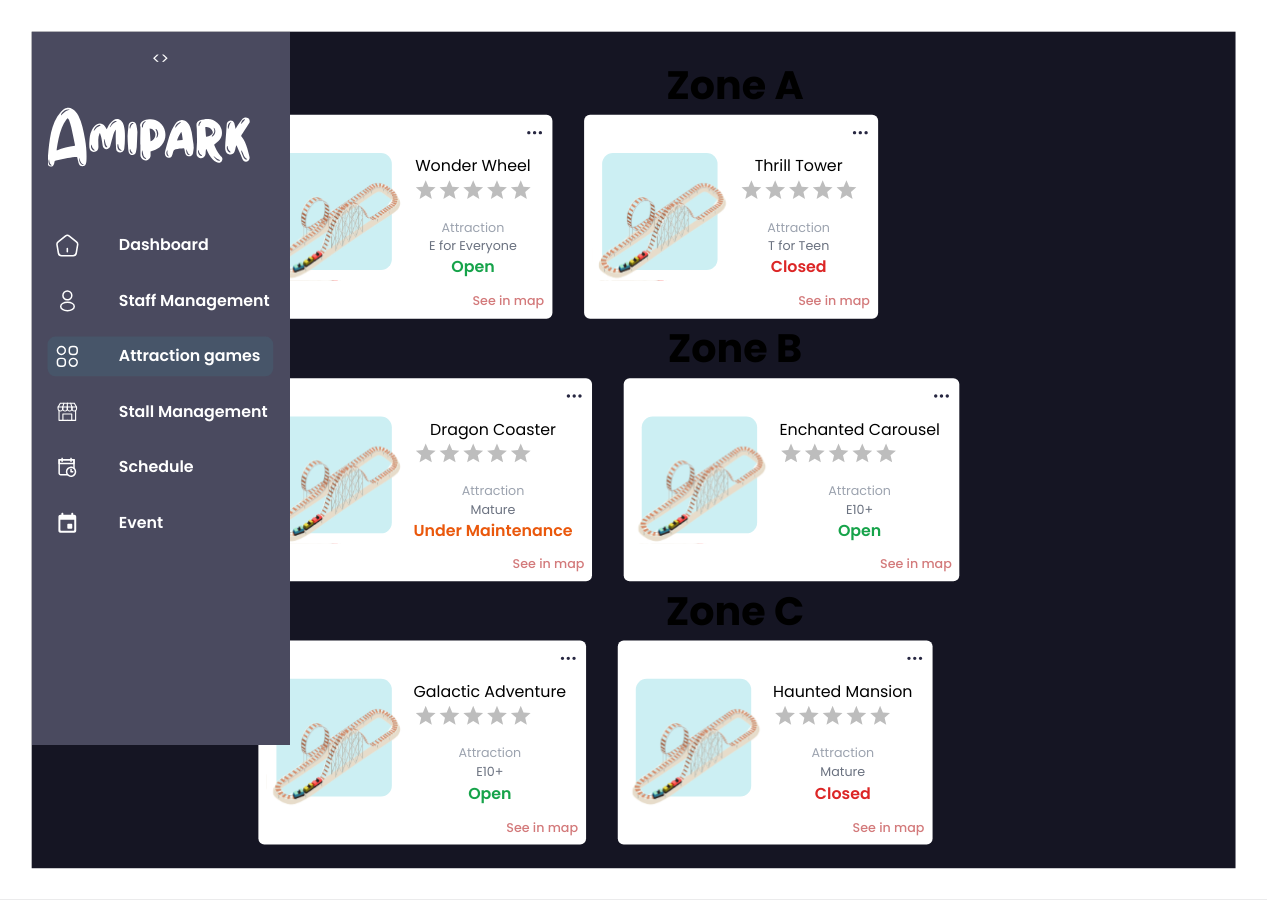
Repository: ImedBousakhria/BDD_AmusementPark_Management-Info
Page: /Attraction (app in client/)
These files come from the project's save history. The page is drawn as it stood at one moment and after the next save; the edit follows.
The browser window is 1280 px wide. The pictures show the whole page, at 99% of full size.
The project was rebuilt for these pictures with package versions that can differ from the ones it lists, and the page was loaded fresh each time. Also part of the build but not shown: client/vite.config.js, client/src/SignIn.jsx, client/src/Signup.jsx, client/src/LandingPage.jsx, client/src/components/Selector.jsx, client/src/Schedule.jsx, client/src/components/charts/AttendanceBars.jsx, client/src/components/charts/AttractionBars.jsx and 9 more.

Above is the page before, as saved 2024-01-10 14:40:53.

### client/src/App.jsx
import React from "react";
import ReactDOM from "react-dom/client";
import { createRoot } from "react-dom/client";

import { BrowserRouter, Routes, Route } from "react-router-dom";

import SignIn from "./SignIn.jsx";
import SignUp from "./Signup.jsx";
import "./index.css";
import LandingPage from "./LandingPage.jsx";
import Schedule from "./Schedule.jsx";
import Dashboard from "./Dashboard.jsx";
import HomeLayout from "./components/super/HomeLayout.jsx";
import Attractions from "./Attractions.jsx";
import Event from "./Event.jsx";
import Stall from "./Stall.jsx";
import Staff from "./Staff.jsx";

const App = () => {
  return (
    <BrowserRouter>
      <Routes>
        <Route path={"/"} element={<LandingPage />} />

        <Route path={"/Signup"} element={<SignUp />} />
        <Route path={"/Signin"} element={<SignIn />} />
        <Route
          path={"/Schedule"}
          element={<HomeLayout pageComponent={<Schedule />} />}
        />
        <Route
          path={"/Home"}
          element={<HomeLayout pageComponent={<Dashboard />} />}
        />
        <Route
          path={"/Attraction"}
          element={<HomeLayout pageComponent={<Attractions />} />}
        />
        <Route
          path={"/Event"}
          element={<HomeLayout pageComponent={<Event />} />}
        />
        <Route
          path={"/Stall"}
          element={<HomeLayout pageComponent={<Stall />} />}
        />
        <Route
          path={"/Staff"}
          element={<HomeLayout pageComponent={<Staff />} />}
        />
      </Routes>
    </BrowserRouter>
  );
};

export default App;

const root = createRoot(document.getElementById("root"));
root.render(<App />);

### client/src/index.css
@import url("https://fonts.googleapis.com/css2?family=Poppins:wght@100;300;400;500;600;700&display=swap");

@tailwind base;
@tailwind components;
@tailwind utilities;

@layer base {
  a {
    @apply cursor-pointer;
  }
  h1 {
    @apply text-[50px] font-bold;
  }
  h2 {
    @apply text-[2.5rem] font-bold;
  }
  p {
  }
  h3 {
  }
  h4 {
    @apply text-[1rem] font-semibold;
  }
  textarea {
  }
  input {
  }
  select {
  }
}

* {
  font-family: "Poppins", sans-serif;
  box-sizing: border-box;
  padding: 0;
  margin: 0;
}

.bg-grad {
  background: linear-gradient(180deg, transparent 0%, #272741 80%);
}

.VerticalAppointment-content {
  width: max-content;
  color: "#333" !important ;
}
.Appointment-appointment {
  color: "#333" !important ;
}

.MainLayout-stickyElement {
  color: "#fff" !important;
}

.css-1675apn-MuiTableCell-root .Cell-highlightedText {
}


.nav-item::after {
  content: "";
  display: block;
  width: 0;
  height: 2px;
  margin-top: 2px;
  background-color: rgb(102, 209, 243);
  transition: width 0.3s;
}

.nav-item:hover::after {
  width: 100%;
}

.VerticalAppointment-title, .VerticalAppointment-textContainer {
  @apply text-gray-400 font-light
}

### client/src/components/super/HomeLayout.jsx
import React, { useState } from "react";
import SideBar from "./SideBar";

const HomeLayout = ({ pageComponent }) => {
  const [isSidebarOpen, setIsSidebarOpen] = useState(true);

  return (
    <div className=" flex bg-darkBG">
      <div
        className={` transition-all duration-300 ${
          isSidebarOpen ? " basis-[17%] " : " basis-[9%]"
        } `}
      >
        <SideBar
          isSidebarOpen={isSidebarOpen}
          setIsSidebarOpen={setIsSidebarOpen}
        />
      </div>

      <div
        className={` ${
          isSidebarOpen ? " basis-[80%] " : " basis-[80%]"
        } h-full w-full m-6 `}
      >
        {pageComponent}
      </div>
    </div>
  );
};

export default HomeLayout;

### client/src/Attractions.jsx
import React from "react";
import StaffList from "./components/StaffList";
import { zones } from "./consts";
import GameCard from "./components/GameCard";

const Attractions = () => {
  return (
    <div className="flex min-h-screen">
      <div className=" w-full">
        {zones.map((zone, zoneIndex) => (
          <div key={zoneIndex} className="">
            <h2>{zone.title}</h2>
            <div className="flex gap-[2rem]">
              {zone.games.map((game, gameIndex) => (
                <GameCard attraction={game} />
              ))}
            </div>
          </div>
        ))}
      </div>

      {/* <div className="basis-[60%]">
        <StaffList />
      </div> */}
    </div>
  );
};

export default Attractions;

### client/src/components/GameCard.jsx
import React, { useState } from "react";
import game from "../assets/icons/game.svg";
import moredots from "../assets/icons/moredots.svg";
import Rating from "@material-ui/lab/Rating";

const GameCard = ({ attraction }) => {
  return (
    <div className="flex flex-col bg-white h-max rounded-md p-2">
      <img
        src={moredots}
        className=" w-5 place-self-end cursor-pointer hover:opacity-60"
        alt=""
      />
      <div className="flex w-full">
        <img src={game} alt="" />
        <Details
          title={attraction.title}
          genre={"Attraction"}
          age={attraction.ageRating}
          currentStatus={attraction.status}
        />
      </div>
      <small className=" text-customPink font-medium cursor-pointer place-self-end">
        See in map
      </small>
    </div>
  );
};

export default GameCard;

const Details = ({ title, userType, genre, age, currentStatus }) => {
  const [value, setValue] = useState(0);

  let statusColorClass = "";

  switch (currentStatus) {
    case "Open":
      statusColorClass = "text-green-600";
      break;
    case "Closed":
      statusColorClass = "text-red-600";
      break;
    case "Under Maintenance":
      statusColorClass = "text-orange-600";
      break;
    default:
      statusColorClass = "";
  }

  return (
    <div className="flex flex-col p-3">
      <h3
        className=" overflow-hidden" /* "overflow-hidden max-w-[100px] truncate" */
      >
        {title}
      </h3>
      <Rating
        name="simple-controlled"
        value={value}
        readOnly={userType}
        onChange={(event, newValue) => {
          setValue(newValue);
        }}
      />
      <small className=" text-gray-400 mt-4">{genre}</small>
      <small className=" text-gray-500">{age}</small>
      <p className={` ${statusColorClass} font-semibold`}>{currentStatus}</p>
    </div>
  );
};

### client/src/components/super/SideBar.jsx
import React, { useState } from "react";
import logo from "../../assets/icons/logo.svg";
import game from "../../assets/nav icons/attractions.svg";
import dashboard from "../../assets/nav icons/dashboard.svg";
import event from "../../assets/nav icons/event.svg";
import schedule from "../../assets/nav icons/schedule.svg";
import staff from "../../assets/nav icons/staff.svg";
import stall from "../../assets/nav icons/stall.svg";
import { Link, useLocation } from "react-router-dom";
import { motion } from "framer-motion";

const SideBar = ({ isSidebarOpen, setIsSidebarOpen }) => {
  const location = useLocation();
  const sidebarVariants = {
    open: { width: "260px" }, // Width while SideBar's open
    closed: { width: "70px" }, // Closed
  };

  const sidebarTransition = {
    type: "tween",
    duration: 0.3,
  };

  const toggleSidebar = (state) => {
    state === "on" ? setIsSidebarOpen(true) : setIsSidebarOpen(false);
  };

  return (
    <motion.div
      variants={sidebarVariants}
      initial="open"
      transition={sidebarTransition}
      animate={isSidebarOpen ? "open" : "closed"}
      className={`fixed h-screen bg-lightBG text-white p-4 flex flex-col `}
    >
      <div>
        <div className=" flex flex-col gap-[2rem]">
          <h3
            className="cursor-pointer"
            onClick={() => setIsSidebarOpen(!isSidebarOpen)}
          >
            {"<>"}
          </h3>
          <img
            src={logo}
            alt="Your Logo"
            className={`transition-transform origin-left duration-300      ${
              isSidebarOpen ? " scale-90" : ""
            }

            } `}
          />
        </div>
      </div>
      <div className="mt-10">
        <ul className="">
          <SidebarButton
            barState={isSidebarOpen}
            to="/home"
            icon={dashboard}
            text="Dashboard"
            currentPath={location.pathname}
            onClick={() => toggleSidebar("on")}
          />
          <SidebarButton
            barState={isSidebarOpen}
            to="/Staff"
            icon={staff}
            text="Staff Management"
            currentPath={location.pathname}
            onClick={() => toggleSidebar("on")}
          />
          <SidebarButton
            barState={isSidebarOpen}
            to="/Attraction"
            icon={game}
            text="Attraction games"
            currentPath={location.pathname}
            onClick={() => toggleSidebar("on")}
          />
          <SidebarButton
            barState={isSidebarOpen}
            to="/Stall"
            icon={stall}
            text="Stall Management"
            currentPath={location.pathname}
            onClick={() => toggleSidebar("on")}
          />

          <SidebarButton
            barState={isSidebarOpen}
            to={"/schedule"}
            icon={schedule}
            text="Schedule"
            currentPath={location.pathname}
            /* onClick={() => {
              toggleSidebar("on");
              toggleDropDown();
            }} */
            /* "Remove Token from Local Storage"); */
          />
          <SidebarButton
            barState={isSidebarOpen}
            to="/Event"
            icon={event}
            text="Event"
            currentPath={location.pathname}
            onClick={() => toggleSidebar("on")}
          />
        </ul>
      </div>
    </motion.div>
  );
};

function SidebarButton({ to, icon, text, currentPath, onClick, barState }) {
  const isCurrent = to === currentPath;

  return (
    <li onClick={onClick}>
      <Link
        to={to}
        className={`flex items-center p-2 rounded-lg transition-colors  my-4 flex-shrink-0 ${
          isCurrent ? " bg-slate-600" : " hover:bg-slate-800 "
        }
          `}
      >
        {/* <i className={`${icon} text-xl mr-2`} /> */}
        <img
          src={icon}
          className={` ${barState ? "  " : "  "} h-6 w-6 mr-10`}
          alt="notification"
        />

        <span
          className={`    transition-transform origin-left duration-300      ${
            barState ? "scale-100" : "scale-0"
          }
          min-w-max font-semibold monstserrat text-white `}
        >
          {text}
        </span>
      </Link>
    </li>
  );
}

export default SideBar;

### client/src/consts.js
export const zones = [
  {
    title: "Zone A",
    teams: [
      {
        name: "Team 1",
        staff: [
          { name: "Alice Johnson", email: "alice@example.com" },
          { name: "Bob Smith", email: "bob@example.com" },
        ],
      },
      {
        name: "Team 2",
        staff: [
          { name: "Charlie Brown", email: "charlie@example.com" },
          { name: "Diana Miller", email: "diana@example.com" },
        ],
      },
    ],
    games: [
      {
        title: "Wonder Wheel",
        ageRating: "E for Everyone",
        status: "Open",
      },
      {
        title: "Thrill Tower",
        ageRating: "T for Teen",
        status: "Closed",
      },
    ],
    stalls: [
      {
        name: "Stall 1",
        category: "Food",
      },
      {
        name: "Stall 2",
        category: "Gift",
      },
    ],
  },
  {
    title: "Zone B",
    teams: [
      {
        name: "Team 3",
        staff: [
          { name: "Eva Davis", email: "eva@example.com" },
          { name: "Frank Thomas", email: "frank@example.com" },
        ],
      },
      {
        name: "Team 4",
        staff: [
          { name: "Grace Wilson", email: "grace@example.com" },
          { name: "Henry Clark", email: "henry@example.com" },
        ],
      },
    ],
    games: [
      {
        title: "Dragon Coaster",
        ageRating: "Mature",
        status: "Under Maintenance",
      },
      {
        title: "Enchanted Carousel",
        ageRating: "E10+",
        status: "Open",
      },
    ],
    stalls: [
      {
        name: "Stall 3",
        category: "Food",
      },
      {
        name: "Stall 4",
        category: "Gift",
      },
    ],
  },
  {
    title: "Zone C",
    teams: [
      {
        name: "Team 5",
        staff: [
          { name: "Isaac White", email: "isaac@example.com" },
          { name: "Jessica Turner", email: "jessica@example.com" },
        ],
      },
      {
        name: "Team 6",
        staff: [
          { name: "Kevin Harris", email: "kevin@example.com" },
          { name: "Laura Evans", email: "laura@example.com" },
        ],
      },
    ],
    games: [
      {
        title: "Galactic Adventure",
        ageRating: "E10+",
        status: "Open",
      },
      {
        title: "Haunted Mansion",
        ageRating: "Mature",
        status: "Closed",
      },
    ],
    stalls: [
      {
        name: "Stall 5",
        category: "Food",
      },
      {
        name: "Stall 6",
        category: "Gift",
      },
    ],
  },
  // Add more zones as needed
];

### client/tailwind.config.js
/** @type {import('tailwindcss').Config} */
module.exports = {
  content: ["./src/**/*.{js,jsx,ts,tsx}"],
  theme: {
    extend: {
      colors: {
        customGray : "#F5F5F5",
        customDark : "#323134",
        customPink : "#D37A7B",
        customPurple : "#A5A4FF",
        customYellow : "#F9B234",
        customBlue : "#1ABBED",
        primaryBG: "#272741",
        lightBG: "#4A4A5F",
        darkBG: "#151523",

        creamYellow: "#FBCB77",
        creamPink: "#F1B7C1",
        creamBlue: "#66D1F3",
        creamPurple: "#BBB4D7",
        creamGreen: "#A7EAD1",
        creamOrange: "#FFCEAB",
        creamLime: "#E3E9BE"

      },
    },
  },
  plugins: [],
};

Loaded but not shown: client/index.html (common file); client/src/App.css (common file)

After the next save:
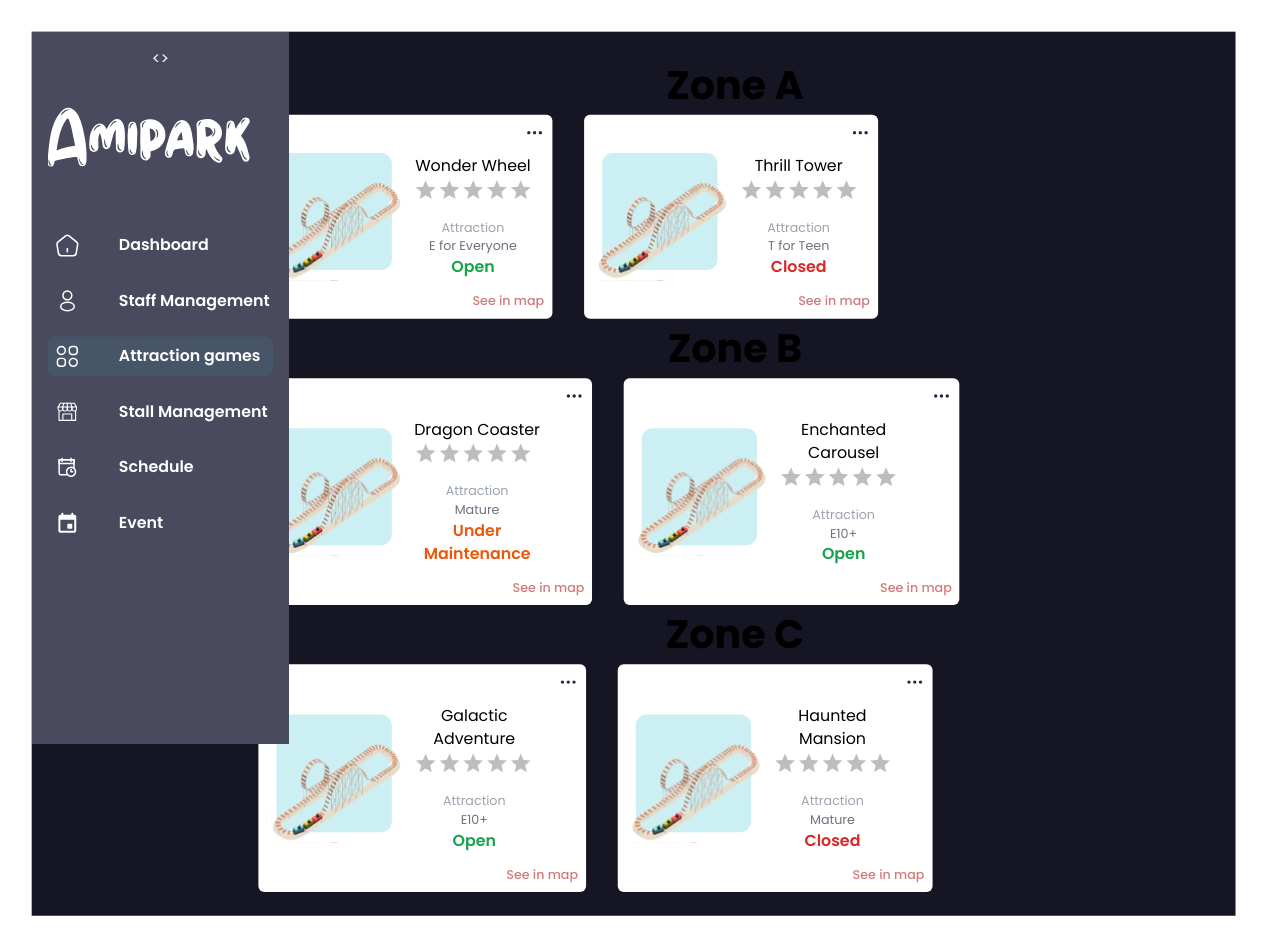
Saved 5 s later.
--- a/client/src/components/GameCard.jsx
+++ b/client/src/components/GameCard.jsx
@@ -11,7 +11,7 @@
         className=" w-5 place-self-end cursor-pointer hover:opacity-60"
         alt=""
       />
-      <div className="flex w-full">
+      <div className="flex w-[90%]">
         <img src={game} alt="" />
         <Details
           title={attraction.title}

After the save that followed:
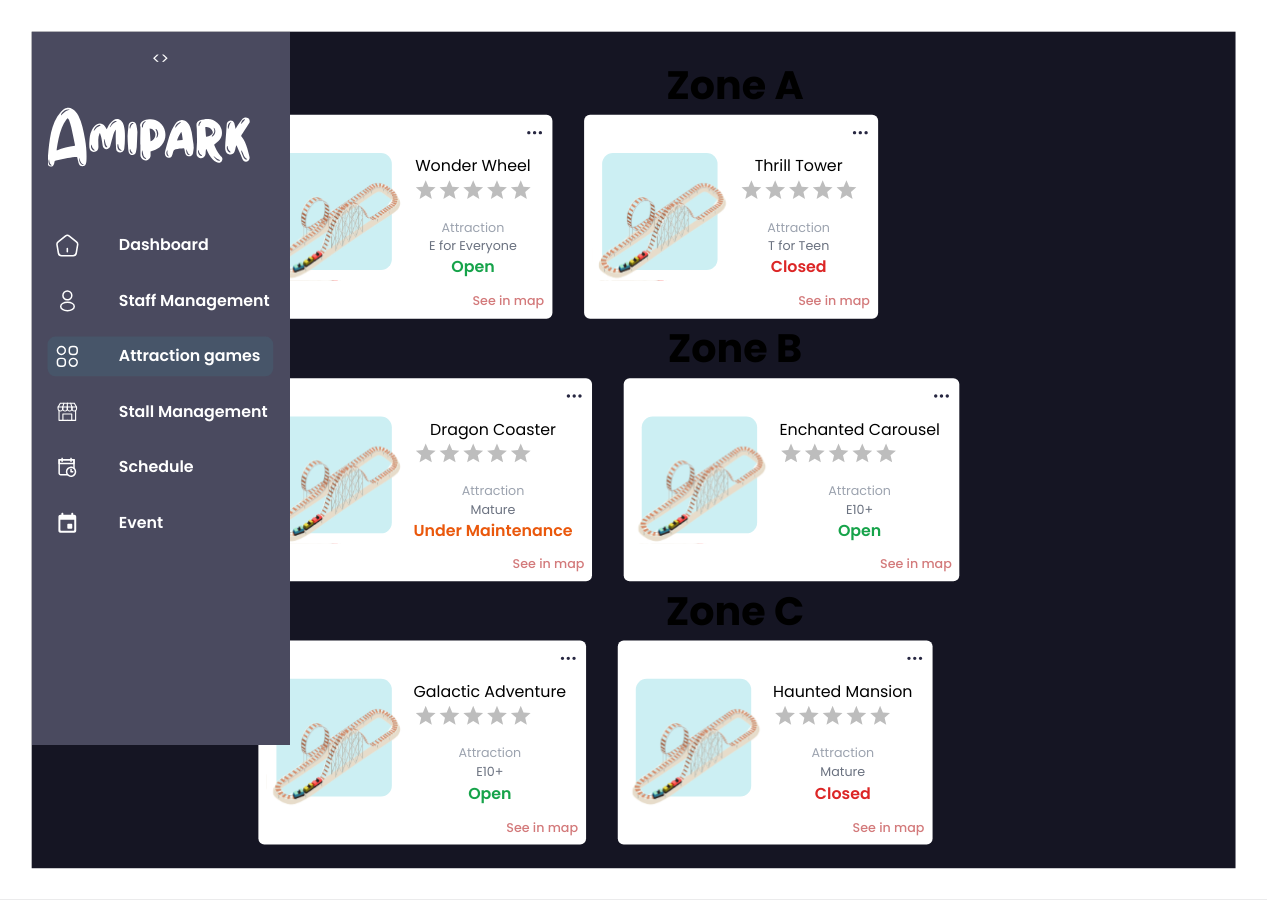
Saved 17 s later.
--- a/client/src/components/GameCard.jsx
+++ b/client/src/components/GameCard.jsx
@@ -11,7 +11,7 @@
         className=" w-5 place-self-end cursor-pointer hover:opacity-60"
         alt=""
       />
-      <div className="flex w-[90%]">
+      <div className="flex w-[100%]">
         <img src={game} alt="" />
         <Details
           title={attraction.title}
